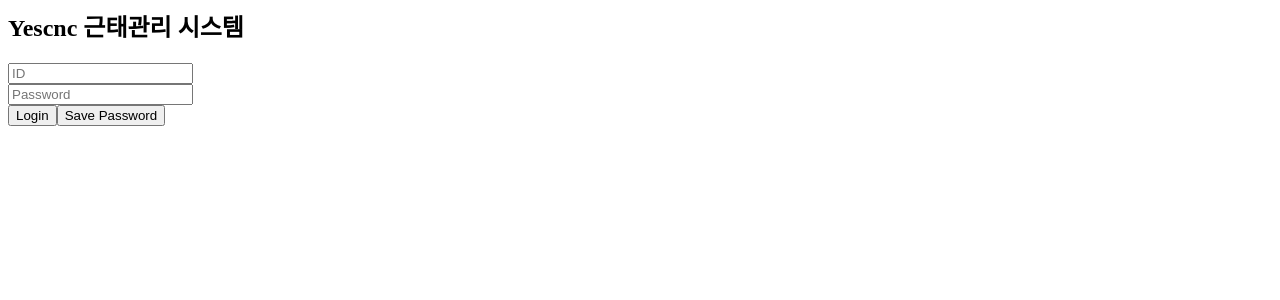
Repository: jkkang-somma/saram_20170803
Page: public/templates/loginTemplate.html
The author's editor kept a record of every edit. The page is drawn from the files as they stood at one moment, then again after the next edit.
The browser window is 1280 px wide. The pictures show the whole page.

Above is the page before.

### public/templates/loginTemplate.html
<div class="panel panel-default login-form-section animated bounceIn">
    <div class="panel-header">
        <h2>Yescnc 근태관리 시스템</h2>
    </div>
    <div class="panel-body">
        <form role="form">
            <div class="form-group">
                <div class="input-group login-input">
                    <span class="input-group-addon">
                          <span class="glyphicon glyphicon-user"></span>
                    </span>
                    <input type="text" class="form-control" id="loginIdTextbox" placeholder="ID" name="id">
                </div>
            </div>
            <div class="form-group">
                <div class="input-group login-input">
                    <span class="input-group-addon">
                          <span class="glyphicon glyphicon-lock"></span>
                    </span>
                    <input type="password" class="form-control" id="loginPasswordTextbox" placeholder="Password" name="password">
                </div>
            </div>
            <button class="btn btn-sm btn-success pull-right login-button login-btn" id="loginbtn" data-loading-text="<div class='spinIcon'>login...</div>">Login <span class="glyphicon glyphicon-chevron-right" style="top: 2px;"></span> </td>
            <button class="btn btn-sm btn-success pull-right login-button save-password-btn" id="passwadUpdate">Save Password</td>
        </form>
    </div>
</div>

After the next edit:
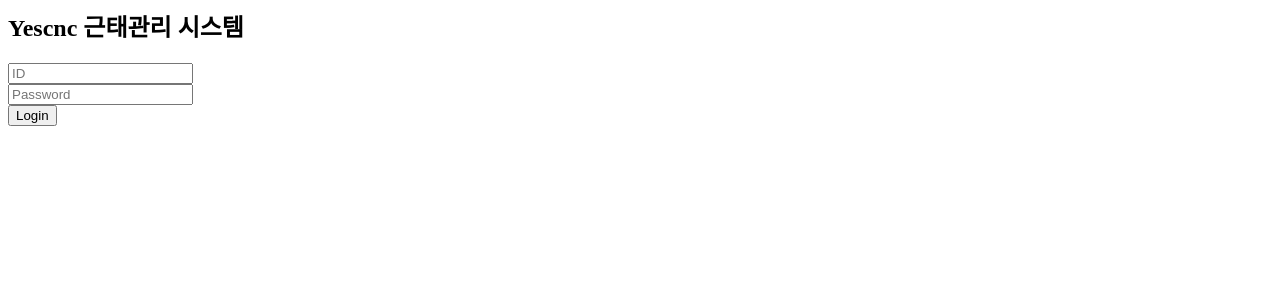
The edit:
--- a/public/templates/loginTemplate.html
+++ b/public/templates/loginTemplate.html
@@ -20,8 +20,7 @@
                     <input type="password" class="form-control" id="loginPasswordTextbox" placeholder="Password" name="password">
                 </div>
             </div>
-            <button class="btn btn-sm btn-success pull-right login-button login-btn" id="loginbtn" data-loading-text="<div class='spinIcon'>login...</div>">Login <span class="glyphicon glyphicon-chevron-right" style="top: 2px;"></span> </td>
-            <button class="btn btn-sm btn-success pull-right login-button save-password-btn" id="passwadUpdate">Save Password</td>
+            <button class="btn btn-sm btn-success pull-right login-button login-btn" id="loginbtn" data-loading-text="<div class='spinIcon'>Login...</div>">Login <span class="glyphicon glyphicon-chevron-right" style="top: 2px;"></span> </td>
         </form>
     </div>
 </div>
